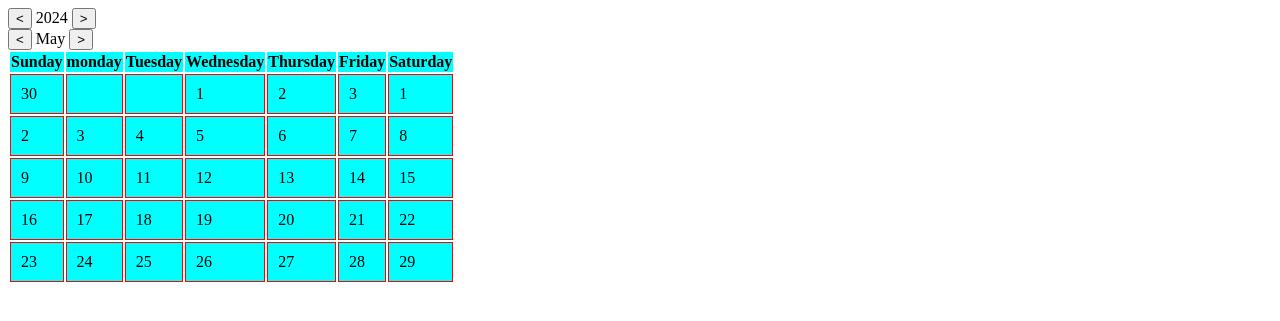
Repository: fateme81yosefi/calendar
Page: index.html
These files come from the project's save history. The page is drawn as it stood at one moment and after a run of saves; the edit follows.
The browser window is 1280 px wide. The pictures show the whole page.
After loading, the first visible `.contain-month > button` was clicked once.

Above is the page before, as saved 2024-05-30 22:25:14.

After the next 4 saves:
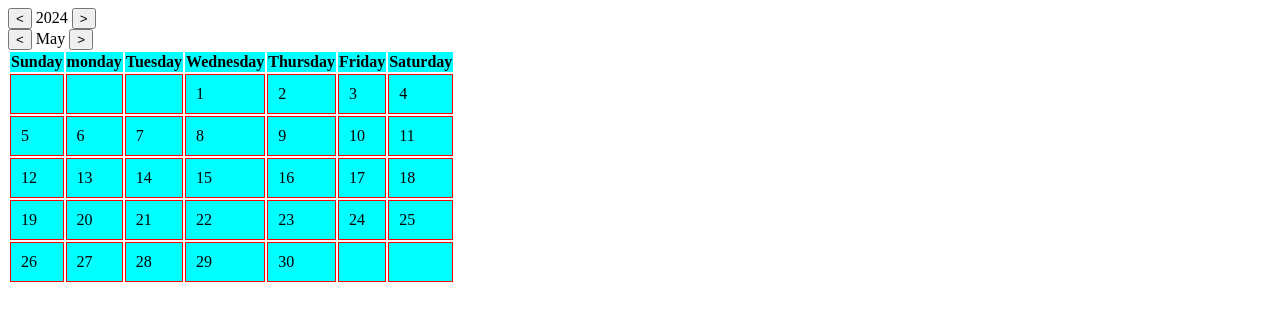
Console error: ReferenceError: decreasMonth is not defined
The 4 saves are shown as one change because they came seconds apart.
The last was saved 46 s later.
--- a/scripts.js
+++ b/scripts.js
@@ -14,16 +14,17 @@ function increaseMonth() {
     fillAllDay(month++, y, dayCount)
     setMonth(month++)
 }
-
-function decreasMonth() {
-    console.log("decreasMonth")
+function dec() {
+    console.log(increaseMonth)
 
     m = document.getElementById("month").innerHTML
     month=monthNameToNum(m)
     console.log(month)
-    fillAllDay(month--, y, dayCount)
-    setMonth(month--)
+    fillAllDay(month++, y, dayCount)
+    setMonth(month++)
 }
+
+
 
 function setYear(y) {
     document.getElementById("year").innerHTML = y
